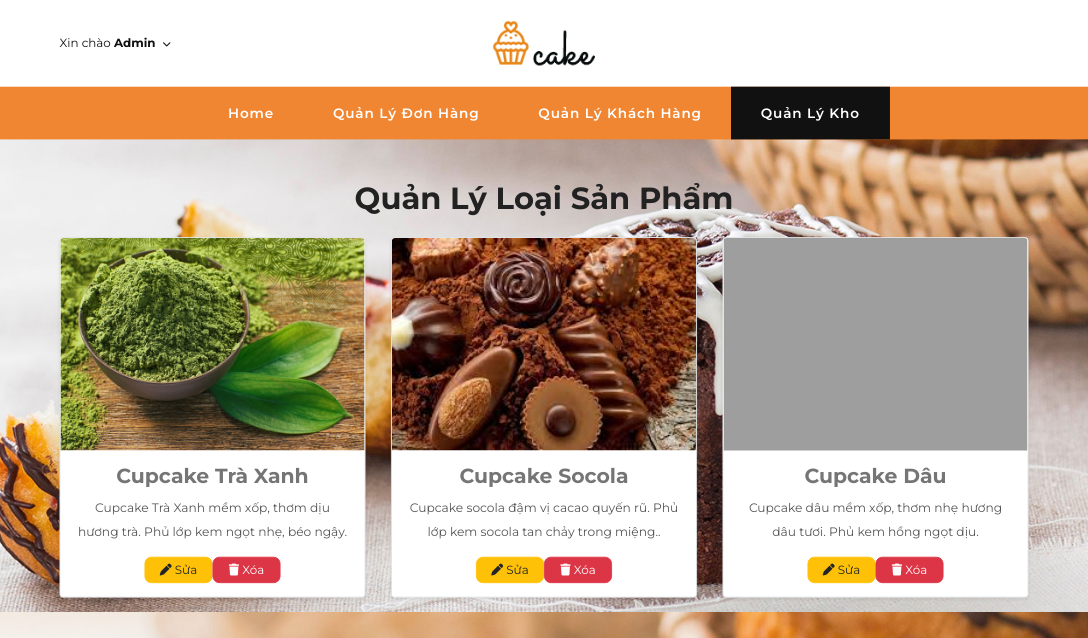
Repository: nhanto2n-byte/Nhom10ChieuThu3
Page: ProjectWeb/cake-main/admin_type.html
An editor plug-in stored every save of this project. The page is shown before and after the next save, followed by the edit.
The browser window is 1280 px wide. The pictures show the whole page, at 85% of full size.
Pictures or frames that could not be fetched are drawn as grey boxes. Backgrounds fixed to the window are drawn as part of the page.

Above is the page before, as saved 2025-11-10 22:02:40.
Console error (its wording comes from the project's code and is left out).

After the next save:
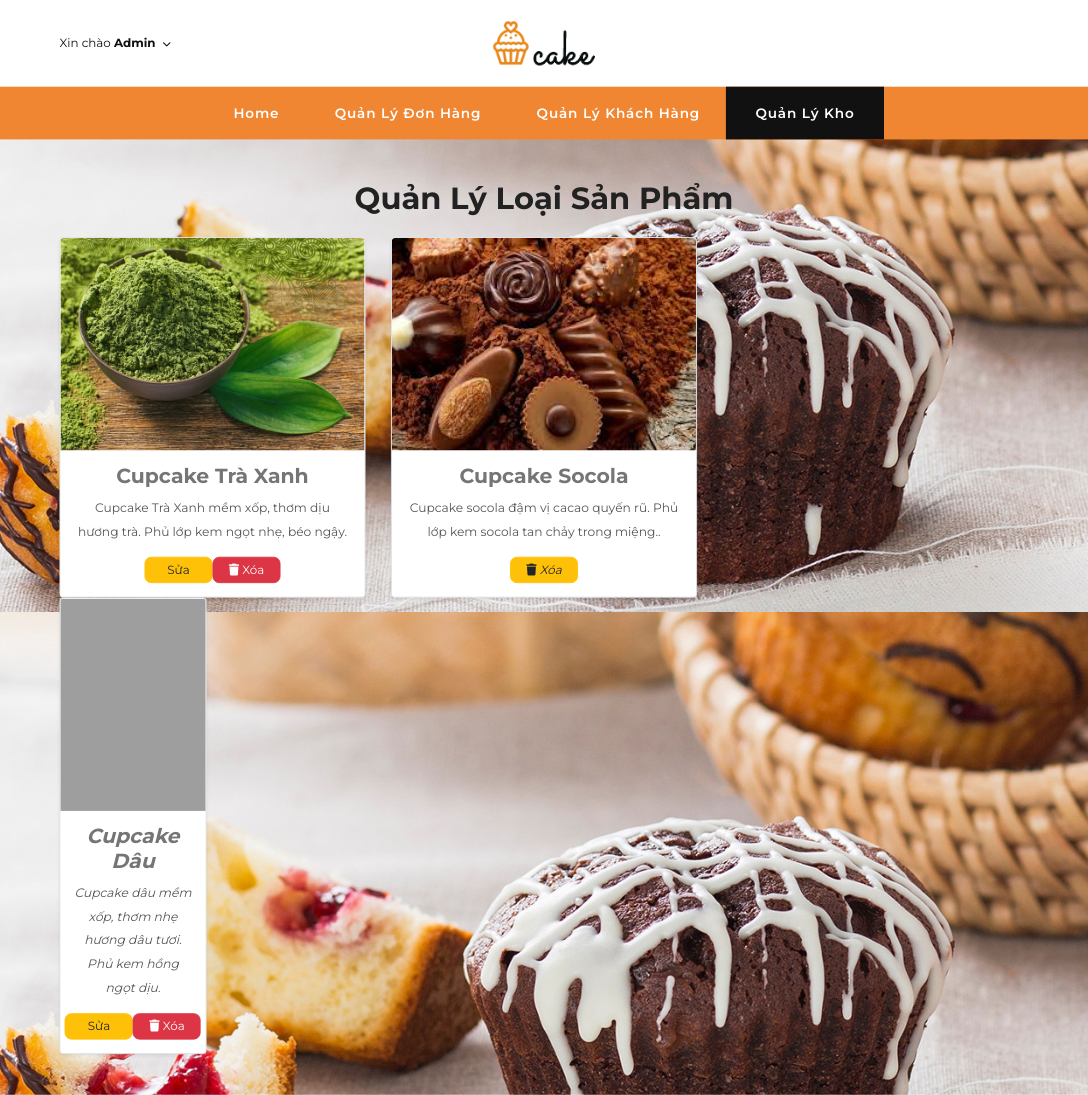
Saved 100 s later.
--- a/ProjectWeb/cake-main/admin_type.html
+++ b/ProjectWeb/cake-main/admin_type.html
@@ -91,6 +91,85 @@
     color: #666;
     font-size: 15px;
 }
+
+/* Căn giữa toàn bộ menu chính */
+.header__menu ul {
+    display: flex;
+    justify-content: center; /* căn giữa menu */
+    align-items: center;
+    list-style: none;
+    margin: 0;
+    padding: 0;
+}
+
+/* Mỗi mục trong menu chính */
+.header__menu ul li {
+    position: relative;
+}
+
+/* Dropdown menu (đen, chữ trắng, tự giãn kích thước) */
+.header__menu ul li .dropdown {
+    display: none;
+    position: absolute;
+    top: 100%;
+    left: 50%;
+    transform: translateX(-50%);
+    background-color: rgba(0, 0, 0, 0.95);
+    border: 1px solid #444;
+    box-shadow: 0 4px 10px rgba(0, 0, 0, 0.3);
+    border-radius: 8px;
+    z-index: 100;
+    padding: 5px 0;
+
+    /* Cho phép chữ xuống dòng, mở rộng nếu cần */
+    white-space: normal; /* cho phép xuống dòng */
+    width: auto;         /* tự mở rộng theo nội dung */
+    min-width: 230px;    /* kích thước tối thiểu */
+    max-width: 300px;    /* tránh quá rộng */
+    word-wrap: break-word; /* ngắt dòng nếu chữ dài liền */
+}
+
+/* Hiện dropdown khi hover */
+.header__menu ul li:hover > .dropdown {
+    display: block;
+}
+
+/* Các item trong dropdown */
+.header__menu ul li .dropdown li {
+    display: block;
+}
+
+/* Liên kết trong dropdown */
+.header__menu ul li .dropdown li a {
+    display: block;
+    padding: 10px 18px;
+    color: #fff;
+    text-decoration: none;
+    font-size: 15px;
+    font-weight: 500;
+    transition: background 0.2s, color 0.2s;
+    line-height: 1.4; /* giúp dòng chữ cân đối khi xuống dòng */
+}
+
+/* Hover đẹp */
+.header__menu ul li .dropdown li a:hover {
+    background-color: #333;
+    color: #ffcc00;
+}
+
+/* Hiệu ứng trượt mở */
+.header__menu ul li .dropdown {
+    opacity: 0;
+    visibility: hidden;
+    transform: translate(-50%, 10px);
+    transition: all 0.25s ease;
+}
+.header__menu ul li:hover > .dropdown {
+    opacity: 1;
+    visibility: visible;
+    transform: translate(-50%, 0);
+}
+
 
 
     </style>
@@ -156,7 +235,7 @@
                     <p>Cupcake Trà Xanh mềm xốp, thơm dịu hương trà.
 Phủ lớp kem ngọt nhẹ, béo ngậy.</p>
                     <div class="d-flex justify-content-center gap-4 mt-3">
-                        <button class="btn btn-warning btn-sm btn-action"><i class="fa-solid fa-pen"></i> Sửa</button>
+                        <button class="btn btn-warning btn-sm btn-action"><i class="sualoaisp.html"></i> Sửa</button>
                         <button class="btn btn-danger btn-sm btn-action"><i class="fa-solid fa-trash"></i> Xóa</button>
                     </div>
                 </div>
@@ -172,7 +251,7 @@
                     <p>Cupcake socola đậm vị cacao quyến rũ.
 Phủ lớp kem socola tan chảy trong miệng..</p>
                     <div class="d-flex justify-content-center gap-4 mt-3">
-                        <button class="btn btn-warning btn-sm btn-action"><i class="fa-solid fa-pen"></i> Sửa</button>
+                        <button class="btn btn-warning btn-sm btn-action"><i class="sualoaisp.html></i> Sửa</button>
                         <button class="btn btn-danger btn-sm btn-action"><i class="fa-solid fa-trash"></i> Xóa</button>
                     </div>
                 </div>
@@ -188,7 +267,7 @@
                     <p>Cupcake dâu mềm xốp, thơm nhẹ hương dâu tươi.
 Phủ kem hồng ngọt dịu.</p>
                     <div class="d-flex justify-content-center gap-4 mt-3">
-                        <button class="btn btn-warning btn-sm btn-action"><i class="fa-solid fa-pen"></i> Sửa</button>
+                        <button class="btn btn-warning btn-sm btn-action"><i class="sualoaisp.html"></i> Sửa</button>
                         <button class="btn btn-danger btn-sm btn-action"><i class="fa-solid fa-trash"></i> Xóa</button>
                     </div>
 

After the save that followed:
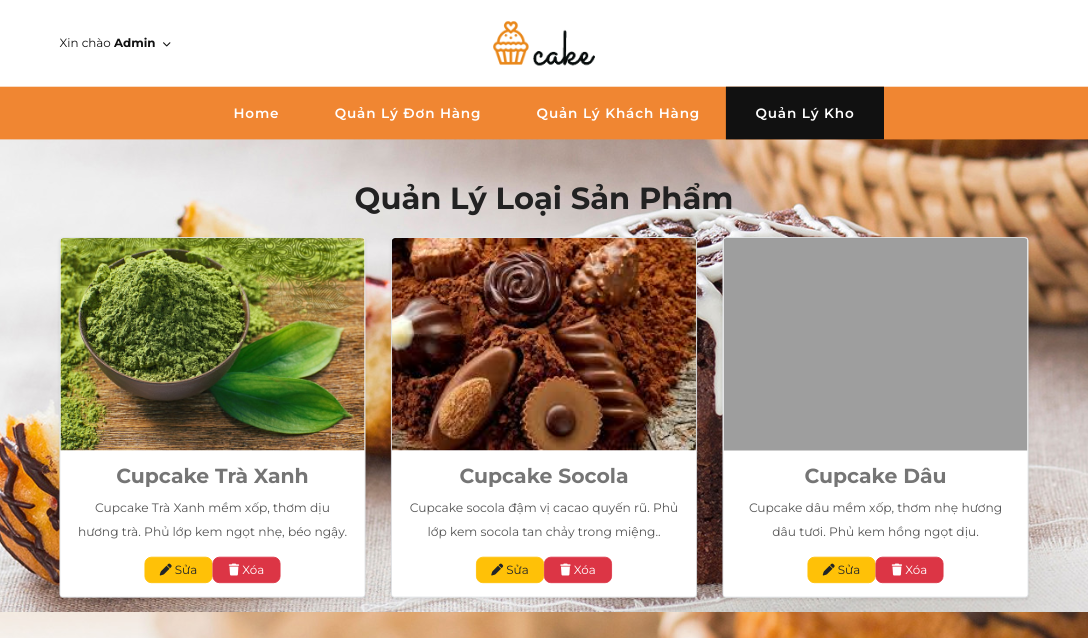
Saved 20 s later.
--- a/ProjectWeb/cake-main/admin_type.html
+++ b/ProjectWeb/cake-main/admin_type.html
@@ -235,7 +235,7 @@
                     <p>Cupcake Trà Xanh mềm xốp, thơm dịu hương trà.
 Phủ lớp kem ngọt nhẹ, béo ngậy.</p>
                     <div class="d-flex justify-content-center gap-4 mt-3">
-                        <button class="btn btn-warning btn-sm btn-action"><i class="sualoaisp.html"></i> Sửa</button>
+                        <button class="btn btn-warning btn-sm btn-action"><i class="fa-solid fa-pen"></i> Sửa</button>
                         <button class="btn btn-danger btn-sm btn-action"><i class="fa-solid fa-trash"></i> Xóa</button>
                     </div>
                 </div>
@@ -251,7 +251,7 @@
                     <p>Cupcake socola đậm vị cacao quyến rũ.
 Phủ lớp kem socola tan chảy trong miệng..</p>
                     <div class="d-flex justify-content-center gap-4 mt-3">
-                        <button class="btn btn-warning btn-sm btn-action"><i class="sualoaisp.html></i> Sửa</button>
+                        <button class="btn btn-warning btn-sm btn-action"><i class="fa-solid fa-pen"></i> Sửa</button>
                         <button class="btn btn-danger btn-sm btn-action"><i class="fa-solid fa-trash"></i> Xóa</button>
                     </div>
                 </div>
@@ -267,7 +267,7 @@
                     <p>Cupcake dâu mềm xốp, thơm nhẹ hương dâu tươi.
 Phủ kem hồng ngọt dịu.</p>
                     <div class="d-flex justify-content-center gap-4 mt-3">
-                        <button class="btn btn-warning btn-sm btn-action"><i class="sualoaisp.html"></i> Sửa</button>
+                        <button class="btn btn-warning btn-sm btn-action"><i class="fa-solid fa-pen"></i> Sửa</button>
                         <button class="btn btn-danger btn-sm btn-action"><i class="fa-solid fa-trash"></i> Xóa</button>
                     </div>
 
